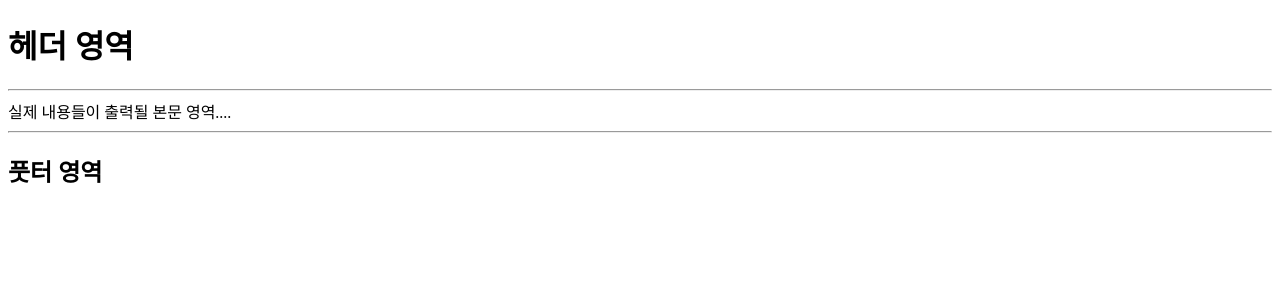
Repository: bbseok97/HTML
Page: http://localhost/jspbasic/05.include_section.jsp
These files come from the project's save history. The page is drawn as it stood at one moment and after the next save; the edit follows.
The browser window is 1280 px wide. The pictures show the whole page.
The page is served by Tomcat 9. Other server files are loaded and not shown.

Above is the page before, as saved 2024-04-05 01:03:14.

### jspbasic/src/main/webapp/05.include_section.jsp
<%@ page language="java" contentType="text/html; charset=UTF-8"
    pageEncoding="UTF-8"%>
<!DOCTYPE html>
<html>
	<head>
		<meta charset="UTF-8">
		<title>05.include</title>
	</head>
	<body>
		<h1>헤더 영역</h1>
		<hr>
		<section>
			실제 내용들이 출력될 본문 영역....
		</section>

		<hr>
		<h2>풋터 영역</h2>
	</body>
</html>

After the next save:
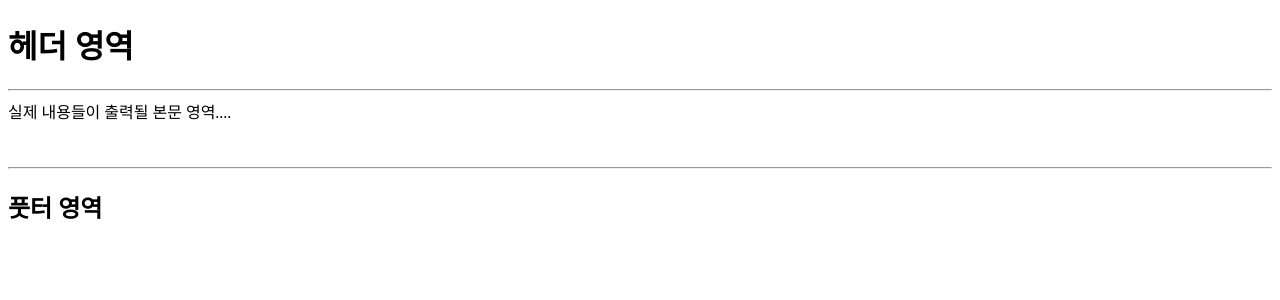
Saved 26 s later.
--- a/jspbasic/src/main/webapp/05.include_section.jsp
+++ b/jspbasic/src/main/webapp/05.include_section.jsp
@@ -10,7 +10,9 @@
 		<h1>헤더 영역</h1>
 		<hr>
 		<section>
-			실제 내용들이 출력될 본문 영역....
+			실제 내용들이 출력될 본문 영역....<br>
+			<br>
+			<br>
 		</section>
 
 		<hr>
